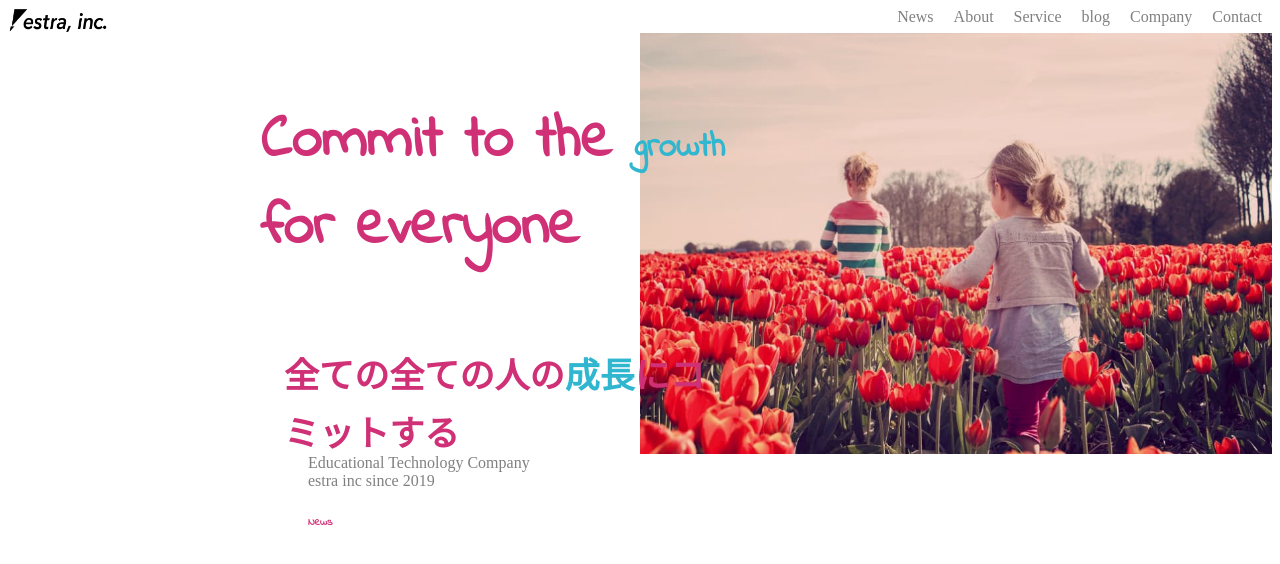
Repository: sigemasaasuka/20210902
Page: index.html
These files come from the project's save history. The page is drawn as it stood at one moment and after the next save; the edit follows.
The browser window is 1280 px wide. The pictures show the whole page.

Above is the page before, as saved 2021-09-08 17:31:10.

After the next save:
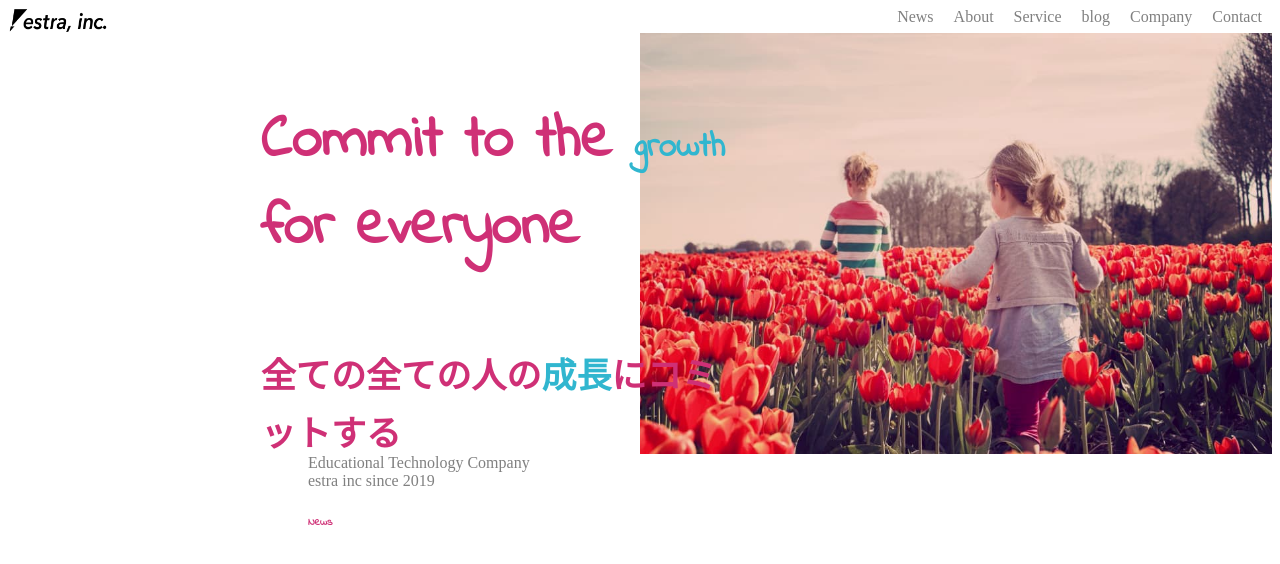
Saved 6 s later.
--- a/css/style.css
+++ b/css/style.css
@@ -46,7 +46,7 @@
 .example-txt {
   position: absolute;
   top: 100%;
-  left: 5%;
+  left: 0%;
   font-size: 30px;
   color: #cf3076;
   font-family: "Indie Flower", cursive;
